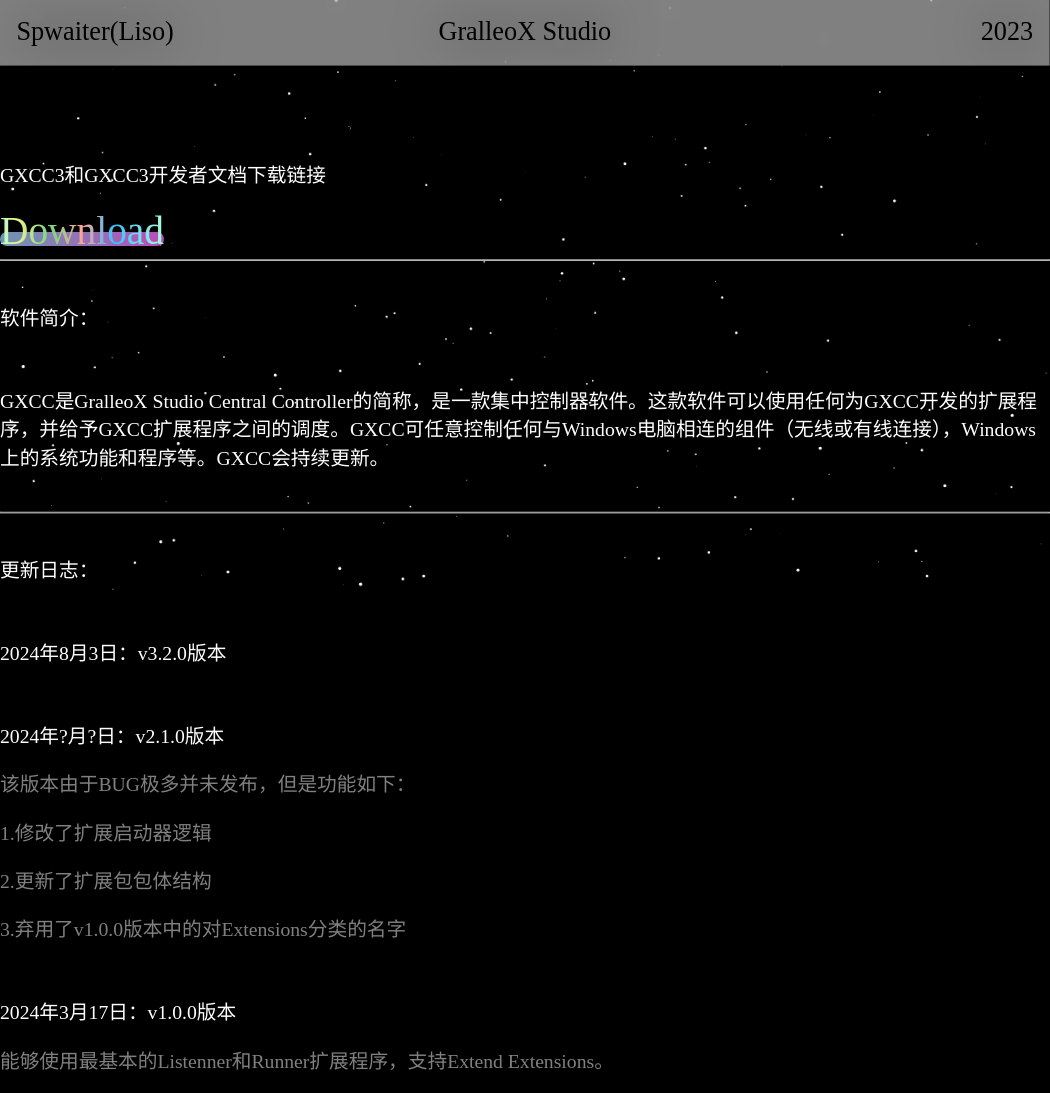
Repository: Lisu-Liso/page
Page: GXCC/index.html
An editor plug-in stored every save of this project. The page is shown before and after a run of saves, followed by the edit.
The browser window is 1280 px wide. The pictures show the whole page, at 82% of full size.

Above is the page before, as saved 2024-08-04 08:55:31.

After the next 2 saves:
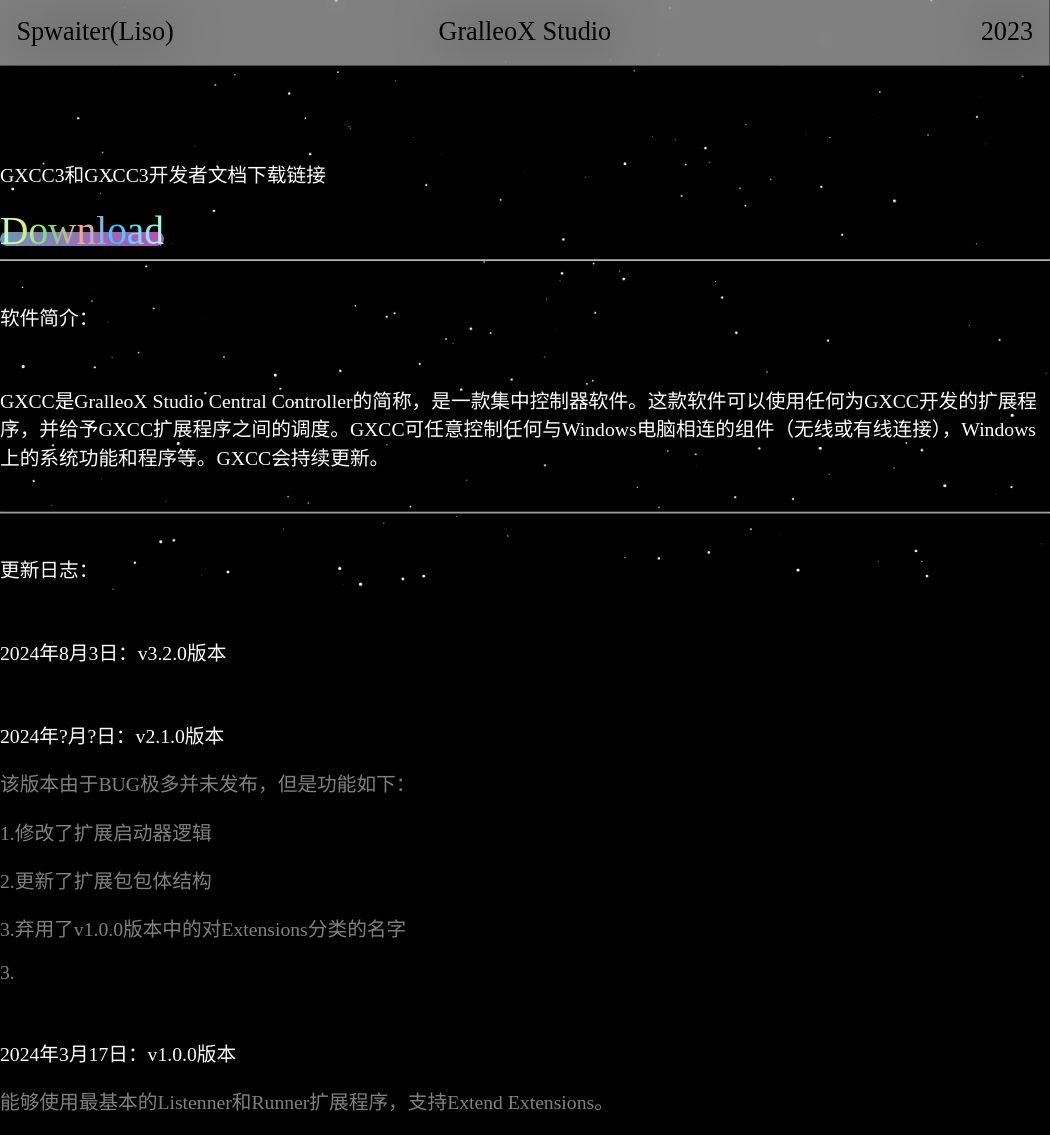
The 2 saves are shown as one change because they came seconds apart.
The last was saved 16 s later.
--- a/GXCC/index.html
+++ b/GXCC/index.html
@@ -308,6 +308,7 @@
         <p class="normaltext" style="color: grey;">1.修改了扩展启动器逻辑</p>
         <p class="normaltext" style="color: grey;">2.更新了扩展包包体结构</p>
         <p class="normaltext" style="color: grey;">3.弃用了v1.0.0版本中的对Extensions分类的名字</p>
+        <p class="normaltext" style="color: grey;">3.</p>
         <br>
         <p class="normaltext">2024年3月17日：v1.0.0版本</p>
         <p class="normaltext" style="color: grey;">能够使用最基本的Listenner和Runner扩展程序，支持Extend Extensions。</p>
